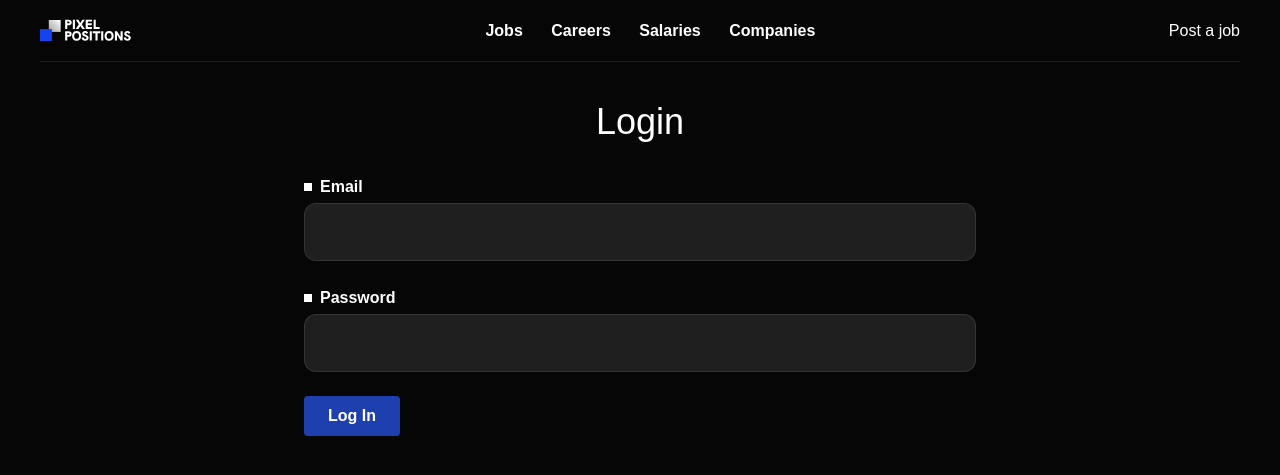
Repository: aggepap/pixel-positions-laravel
Page: http://localhost/login
The author's editor kept a copy of each file at every save. The page is drawn from the files as they stood at one save, then again after a run of saves.
The browser window is 1280 px wide. The pictures show the whole page.
Some web fonts or font styles are not loaded; a fallback is used. The page is served by the project's Laravel application, run on PHP 8.4 with Laravel 12. Other server files are loaded and not shown. Style sheets and scripts are compiled from the project's sources, by tool versions that may differ from the author's.

Above is the page before, as saved 2025-02-22 21:43:14.

### routes/web.php
<?php

use App\Http\Controllers\AuthenticatedSessionController;
use App\Http\Controllers\JobController;
use App\Http\Controllers\RegisteredUserController;
use Illuminate\Support\Facades\Route;

Route::get('/', [JobController::class, 'index'])->name('home');
Route::middleware('guest')->group(function () {
    Route::get('/register', [RegisteredUserController::class, 'create']);
    Route::post('/register', [RegisteredUserController::class, 'store']);
    Route::get('/login', [AuthenticatedSessionController::class, 'create']);
    Route::post('/login', [AuthenticatedSessionController::class, 'store']);
});
Route::delete('/logout', [AuthenticatedSessionController::class, 'destroy'])->middleware('auth');

### app/Http/Controllers/AuthenticatedSessionController.php
<?php

namespace App\Http\Controllers;

use Illuminate\Http\Request;
use Illuminate\Support\Facades\Auth;
use Illuminate\Validation\ValidationException;

class AuthenticatedSessionController extends Controller
{
    public function create()
    {
        return view('auth.login');
    }
    public function store()
    {
        $credentials = request()->validate([
            'email' => 'required|string|email',
            'password' => 'required|string',
        ]);
        if (!Auth::attempt($credentials)) {
            throw ValidationException::withMessages(
                [
                    'email' => 'The provided credentials do not match our records.',
                ]
            );
        }
        request()->session()->regenerate();
        return redirect('/');
    }
    public function destroy(Request $request)
    {
        Auth::logout();
        $request->session()->invalidate();
        $request->session()->regenerateToken();
        return redirect('/');
    }
}

### resources/views/auth/login.blade.php
<x-layout>
  <x-page-heading>Login</x-page-heading>

  <x-forms.form method="POST" action="/login">
    <x-forms.input label="Email" type="email" name="email" />
    <x-forms.input label="Password" type="password" name="password" />
    <x-forms.button>Log In</x-forms.button>
  </x-form.form>
    </x-layout>

### resources/views/components/page-heading.blade.php

<h1 class="font-bold, text-center text-4xl mb-8">{{$slot}}</h1>

### resources/views/components/forms/label.blade.php
@props(['name', 'label'])

<div class="inline-flex items-center gap-2">
    <span class="w-2 h-2 bg-white inline-block"></span>
    <label class="font-bold" for="{{ $name }}">{{ $label }}</label>
</div>

### resources/views/components/forms/button.blade.php
<button {{ $attributes(['class' => 'bg-blue-800 rounded py-2 px-6 font-bold']) }}>{{ $slot }}</button>

### resources/views/components/layout.blade.php
<!DOCTYPE html>
<html lang="en">
<head>
  <meta charset="UTF-8">
  <meta name="viewport" content="width=device-width, initial-scale=1.0">
  <title>Pixel Positions</title>
  <link rel="preconnect" href="https://fonts.googleapis.com">
<link rel="preconnect" href="https://fonts.gstatic.com" crossorigin>
<link href="https://fonts.googleapis.com/css2?family=Hanken+Grotesk:ital,wght@400;500;600&display=swap" rel="stylesheet">
  @vite(['resources/js/app.js', 'resources/css/app.css'])
</head>
<body class="bg-black text-white font-hanken">
  <div class="px-10">
    <nav class="flex justify-between items-center py-4 border-b border-white/10">
      <div class="">
        <a href="/"> <img src="{{Vite::asset('resources/images/logo.svg')}}" alt="Logo"></a>

      </div>
      <div class="space-x-6 font-bold"><a href="#">Jobs</a>
      <a href="#">Careers</a>
      <a href="#">Salaries</a>
       <a href="#">Companies</a>
      </div>
      <div class=""><a href="#">Post a job</a></div>
    </nav>
    <main class="mt-10 max-w-[986px] mx-auto">{{$slot}}</main>
  </div>
</body>
</html>

### resources/images/logo.svg
<svg width="92" height="29" viewBox="0 0 92 29" fill="none" xmlns="http://www.w3.org/2000/svg">
    <path fill="url(#eq4u6l1jfa)" d="M8.787 4.021h11.877v11.877H8.787z"/>
    <path fill="#1544EF" d="M0 13.107h11.877v11.877H0z"/>
    <path d="M25.16 13V3.653h3.285c2.159 0 3.245.899 3.245 2.75 0 1.863-1.113 2.842-3.245 2.842H27.25V13H25.16zm2.091-5.686h.979c.858 0 1.354-.134 1.354-.885 0-.71-.429-.845-1.354-.845h-.979v1.73zM32.846 13V3.653h2.106V13h-2.106zm2.988 0 3.044-4.64-3.057-4.707h2.521L40.34 6.9l1.998-3.246h2.508L41.788 8.36 44.846 13h-2.521l-1.998-3.124L38.355 13h-2.52zm9.872 0V3.653h6.276v1.931h-4.17v1.61h3.969v1.944h-3.97v1.931h4.17V13h-6.275zm7.936 0V3.653h2.105v7.416h3.836V13h-5.941zM25.16 24.574v-9.347h3.285c2.159 0 3.245.898 3.245 2.75 0 1.863-1.113 2.842-3.245 2.842H27.25v3.755H25.16zm2.091-5.686h.979c.858 0 1.354-.134 1.354-.885 0-.71-.429-.845-1.354-.845h-.979v1.73zm9.367 5.927c-2.71 0-4.573-1.971-4.573-4.908 0-2.95 1.864-4.921 4.573-4.921 2.735 0 4.586 1.957 4.586 4.921 0 2.95-1.878 4.908-4.586 4.908zm0-2.011c1.515 0 2.467-1.113 2.467-2.897 0-1.797-.952-2.91-2.467-2.91-1.502 0-2.468 1.086-2.468 2.91 0 1.81.966 2.897 2.468 2.897zm8.63 1.97c-1.944 0-3.472-1.166-3.754-2.95l2.092-.522c.094 1.1.764 1.609 1.703 1.609.684 0 1.247-.335 1.247-1.046 0-.43-.429-.751-1.65-1.247-1.997-.805-2.721-1.542-2.721-2.977 0-1.556 1.22-2.655 3.057-2.655 1.3 0 2.347.603 2.95 1.81l-1.743 1.086c-.282-.684-.738-1.032-1.274-1.032-.483 0-.885.308-.885.75 0 .456.362.778 1.703 1.301 2.011.778 2.655 1.449 2.655 2.776 0 1.85-1.475 3.098-3.38 3.098zm4.478-.2v-9.347h2.106v9.347h-2.106zm5.724 0v-7.416h-2.736v-1.931h7.59v1.931h-2.722v7.416H55.45zm5.735 0v-9.347h2.105v9.347h-2.105zm7.91.241c-2.71 0-4.573-1.971-4.573-4.908 0-2.95 1.864-4.921 4.573-4.921 2.735 0 4.586 1.957 4.586 4.921 0 2.95-1.878 4.908-4.586 4.908zm0-2.011c1.515 0 2.467-1.113 2.467-2.897 0-1.797-.952-2.91-2.467-2.91-1.502 0-2.468 1.086-2.468 2.91 0 1.81.966 2.897 2.468 2.897zm11.487-7.577h2.105v9.347h-2.159l-3.513-5.726v5.726h-2.106v-9.347h2.146l3.527 5.7v-5.7zm6.848 9.548c-1.945 0-3.473-1.167-3.755-2.95l2.092-.523c.094 1.1.764 1.609 1.703 1.609.684 0 1.247-.335 1.247-1.046 0-.43-.429-.751-1.65-1.247-1.997-.805-2.721-1.542-2.721-2.977 0-1.556 1.22-2.655 3.057-2.655 1.3 0 2.347.603 2.95 1.81l-1.743 1.086c-.282-.684-.738-1.032-1.274-1.032-.483 0-.885.308-.885.75 0 .456.362.778 1.703 1.301 2.011.778 2.655 1.449 2.655 2.776 0 1.85-1.475 3.098-3.38 3.098z" fill="#fff"/>
    <defs>
        <linearGradient id="eq4u6l1jfa" x1="20.5" y1="4" x2="8" y2="16.5" gradientUnits="userSpaceOnUse">
            <stop stop-color="#fff"/>
            <stop offset="1" stop-color="#999"/>
        </linearGradient>
    </defs>
</svg>

### tailwind.config.js
import defaultTheme from "tailwindcss/defaultTheme";

/** @type {import('tailwindcss').Config} */
export default {
    content: [
        "./vendor/laravel/framework/src/Illuminate/Pagination/resources/views/*.blade.php",
        "./storage/framework/views/*.php",
        "./resources/**/*.blade.php",
        "./resources/**/*.js",
        "./resources/**/*.vue",
    ],
    theme: {
        extend: {
            fontFamily: {
                sans: ["Figtree", ...defaultTheme.fontFamily.sans],
            },
            colors: {
                black: "#060606",
            },
            fontFamily: {
                hanken: ["Hanken", "sans-serif"],
            },
            fontSize: {
                "2xs": "0.625rem",
            },
        },
    },
    plugins: [],
};

Loaded but not shown: app/Providers/AppServiceProvider.php (common file); app/Http/Controllers/Controller.php (common file); resources/views/components/forms/input.blade.php (common file); resources/views/components/forms/field.blade.php (common file); resources/views/components/forms/error.blade.php (common file); resources/views/components/forms/form.blade.php (common file); resources/css/app.css (common file)

After the next 2 saves:
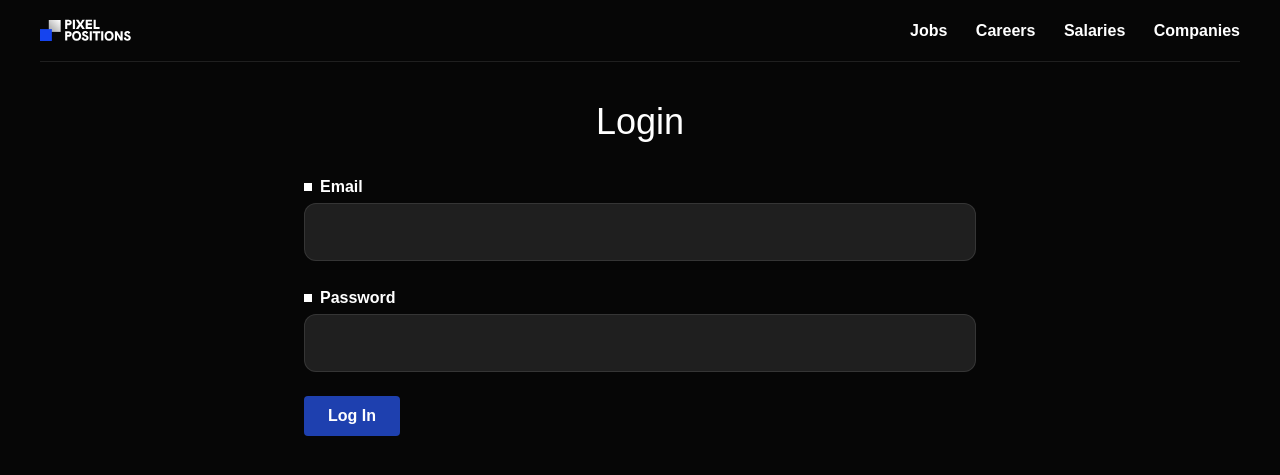
The 2 saves are shown as one change because they came seconds apart.
The last was saved 78 s later.
--- a/resources/views/components/layout.blade.php
+++ b/resources/views/components/layout.blade.php
@@ -21,7 +21,9 @@
       <a href="#">Salaries</a>
        <a href="#">Companies</a>
       </div>
+      @auth
       <div class=""><a href="#">Post a job</a></div>
+      @endauth
     </nav>
     <main class="mt-10 max-w-[986px] mx-auto">{{$slot}}</main>
   </div>
